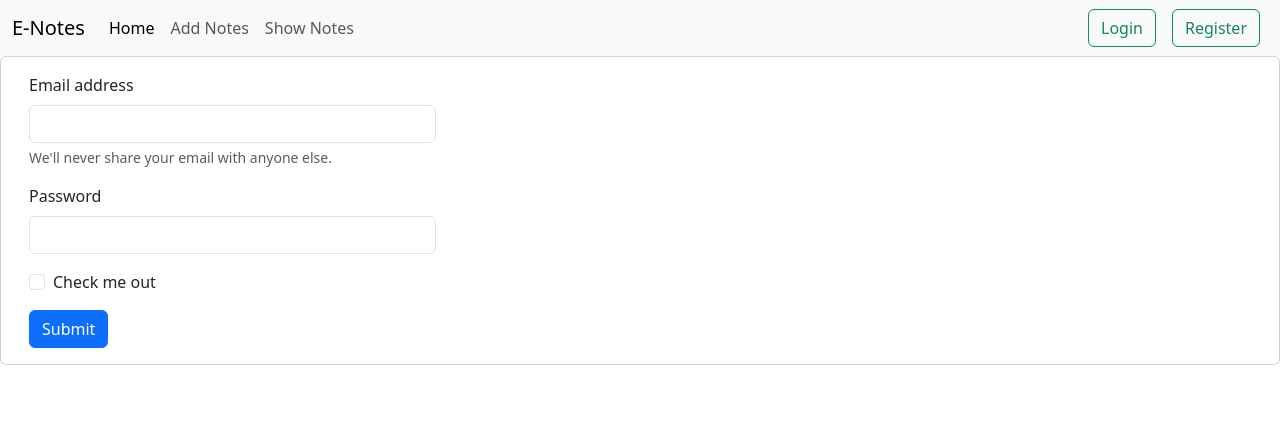
Repository: SandeepSharma2002/JavaProjects
Page: http://localhost/ENotes/LoginPage.jsp
An editor plug-in stored every save of this project. The page is shown before and after the next save, followed by the edit.
The browser window is 1280 px wide. The pictures show the whole page.
The page is served by Tomcat 9.

Above is the page before, as saved 2023-10-23 19:59:57.

After the next save:
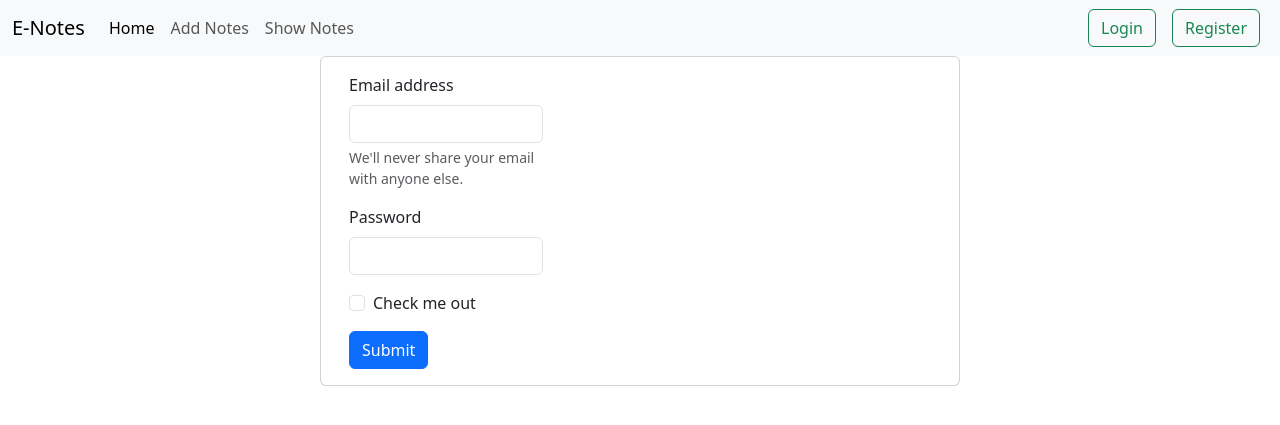
Saved 21 s later.
--- a/ENotes/src/main/webapp/LoginPage.jsp
+++ b/ENotes/src/main/webapp/LoginPage.jsp
@@ -9,7 +9,7 @@
 </head>
 <body>
 	<%@include file="Components/Navbar.jsp"%>
-	<div class="card container-fluid">
+	<div class="card container-fluid col-md-6">
 		<div class="card-body">
 			<form>
 				<div class="mb-3 col-md-4">
